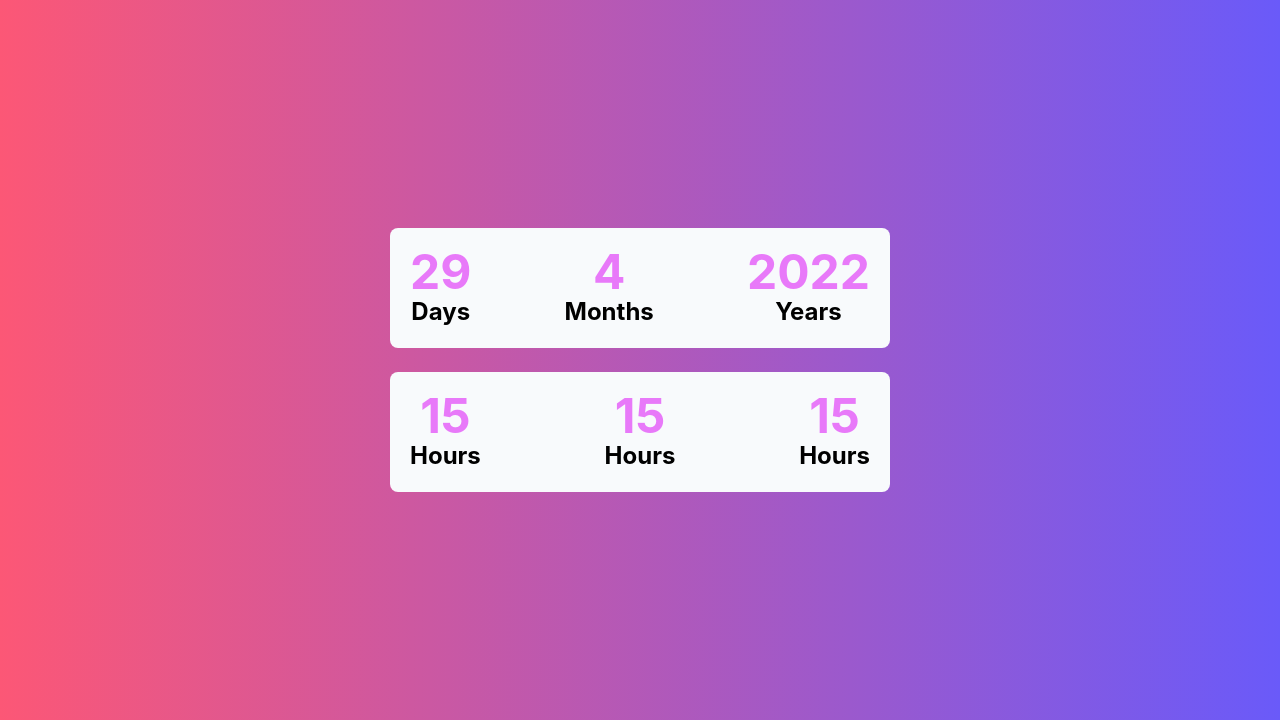
Repository: huynhsang96/bt_codegymHook
Page: /
These files come from the project's save history. The page is drawn as it stood at one moment and after a run of saves; the edit follows.
The browser window is 1280 px wide. The pictures show the whole page.
The project was rebuilt for these pictures with package versions that can differ from the ones it lists, and the page was loaded fresh each time.

Above is the page before, as saved 2022-04-29 16:45:20.

After the next 2 saves:
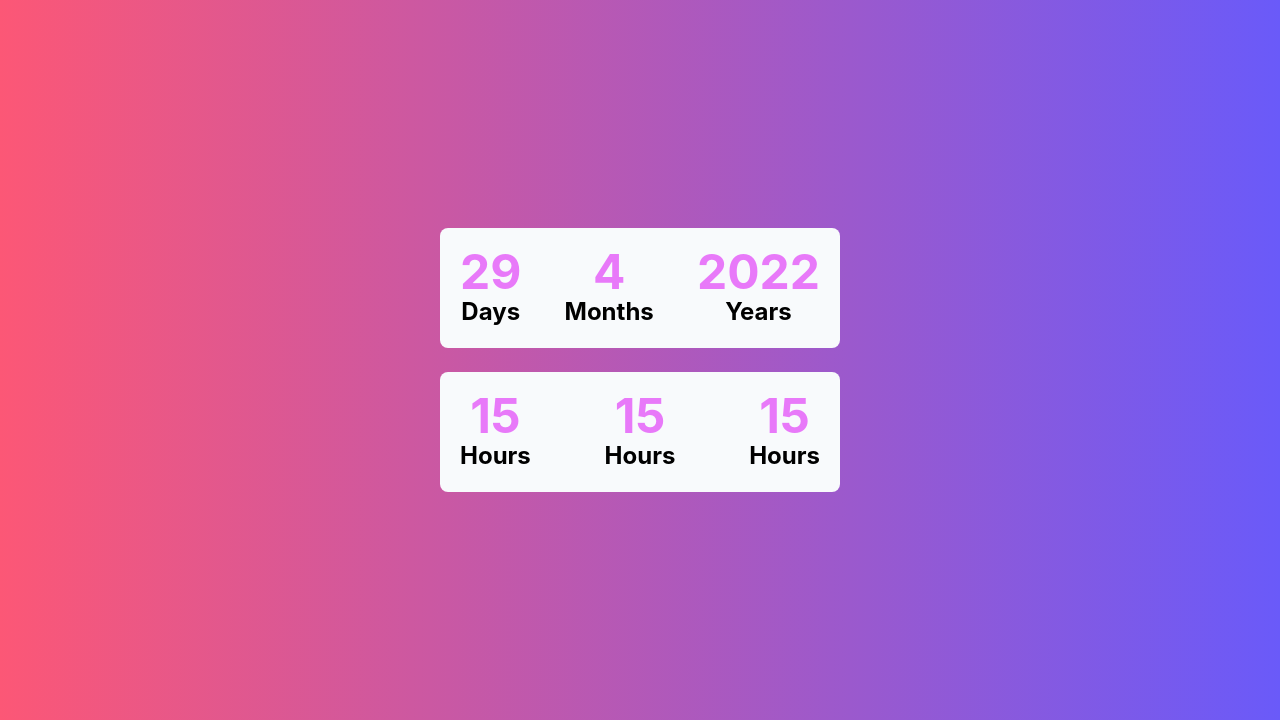
The 2 saves are shown as one change because they came seconds apart.
The last was saved 8 s later.
--- a/src/component/ClockHook/Clock.js
+++ b/src/component/ClockHook/Clock.js
@@ -19,7 +19,7 @@ const Clock = () => {
 
 	return (
 		<div className="p-5 w-full h-full mx-auto">
-			<ul className="flex w-[500px] flex-row justify-between bg-slate-50 p-5 rounded-lg">
+			<ul className="flex w-[400px] flex-row justify-between bg-slate-50 p-5 rounded-lg">
 				<li className="flex flex-col justify-center text-center">
 					<span className="font-bold text-5xl text-fuchsia-400">{days}</span>
 					<span className="font-bold text-2xl">Days</span>
